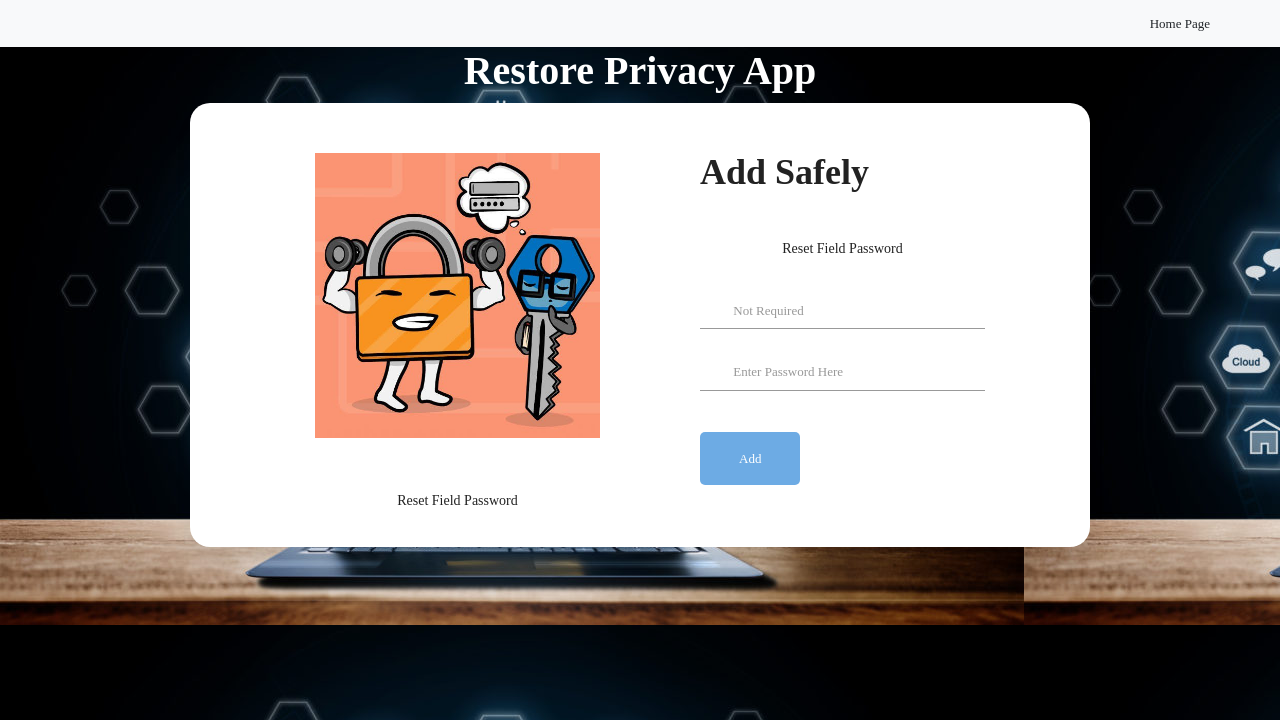
Repository: Sunil-731820/AllWorkingModels
Page: http://localhost/PasswordManagerApp/AddPassword.jsp
These files come from the project's save history. The page is drawn as it stood at one moment and after the next save; the edit follows.
The browser window is 1280 px wide. The pictures show the whole page.
Some web fonts or font styles are not loaded; a fallback is used. Some web libraries are served in a nearby version. The page is served by Tomcat 9.

Above is the page before, as saved 2022-09-27 08:57:10.

After the next save:
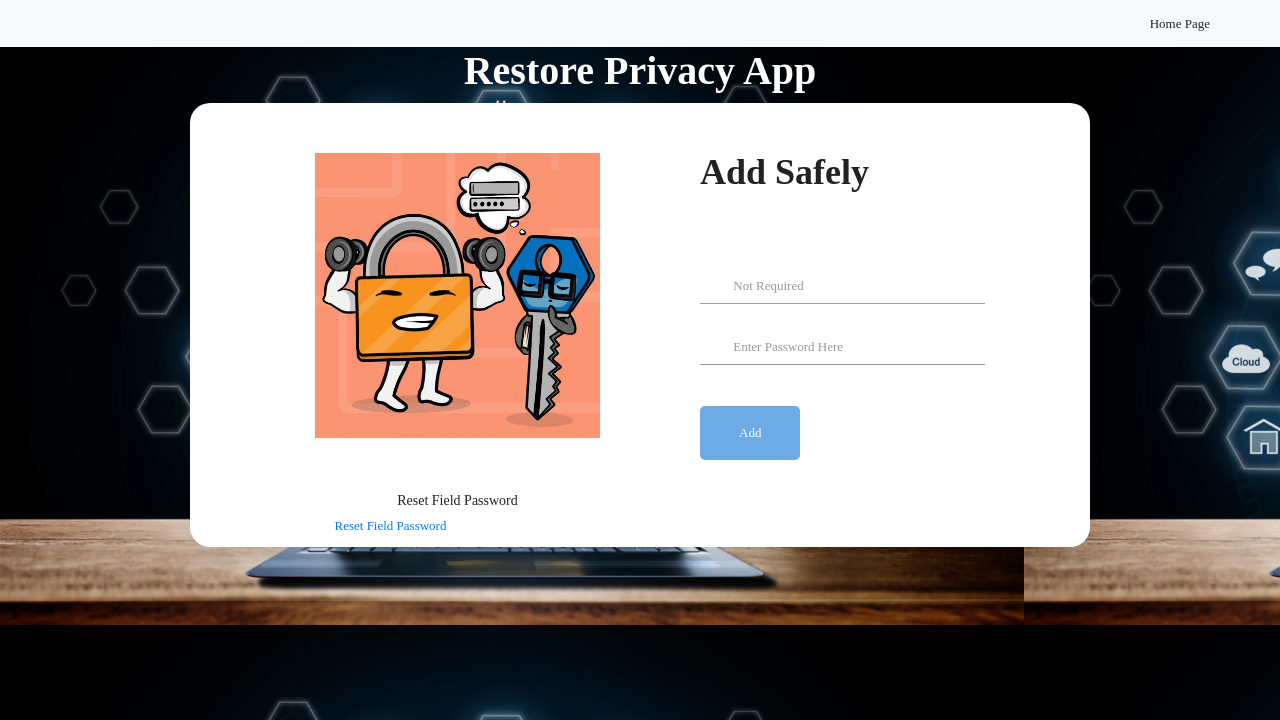
Saved 65 s later.
--- a/PasswordManagerApp/src/main/webapp/AddPassword.jsp
+++ b/PasswordManagerApp/src/main/webapp/AddPassword.jsp
@@ -75,12 +75,12 @@
                         <div class="signin-image">
                             <figure><img src="img/addPassImg.jpg" alt="sing up image"></figure>
                             <a href="AddPassword.jsp" class="signup-image-link">Reset Field Password </a>&nbsp;&nbsp;&nbsp;&nbsp;&nbsp;
-
+                            <a href="AddPassword.jsp">Reset Field Password </a>
                         </div>
 
                         <div class="signin-form">
                             <h2 class="form-title">Add Safely</h2>
-                             <a href="AddPassword.jsp" class="signup-image-link">Reset Field Password </a>
+
                             <form method="get" class="register-form" id="login-form">
                              &nbsp;&nbsp;&nbsp;&nbsp;&nbsp;&nbsp;&nbsp;&nbsp;&nbsp;&nbsp;<h4></h4>
                                 <div class="form-group">
